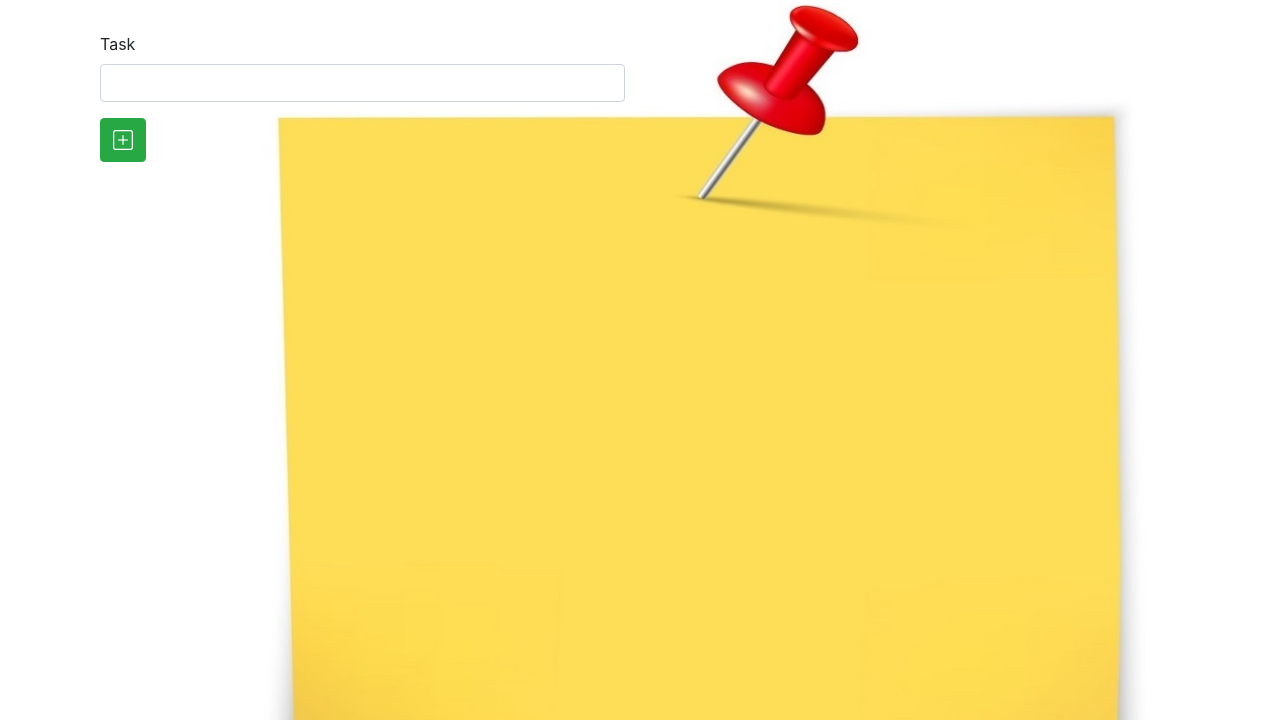
Repository: walaaElbasha/Todo-list-laravel
Page: http://localhost/tasks
These files come from the project's save history. The page is drawn as it stood at one moment and after the next save; the edit follows.
The browser window is 1280 px wide. The pictures show the whole page.
The page is served by the project's Laravel application, run on PHP 8.4 with Laravel 8. Other server files are loaded and not shown. Style sheets and scripts are compiled from the project's sources, by tool versions that may differ from the author's. Queries for data that is not in the repository find no rows.

Above is the page before, as saved 2021-07-01 13:46:46.

### routes/web.php
<?php

use Illuminate\Support\Facades\Route;
use App\Http\Controllers\TaskController;
/*
|--------------------------------------------------------------------------
| Web Routes
|--------------------------------------------------------------------------
|
| Here is where you can register web routes for your application. These
| routes are loaded by the RouteServiceProvider within a group which
| contains the "web" middleware group. Now create something great!
|
*/

Route::get('/', function () {
    return view('welcome');
});

Route::get('/tasks', [TaskController::class, 'index'])->name('tasks.index');
Route::post('/tasks', [TaskController::class, 'store'])->name('tasks.store');
Route::get('/tasks/{task}/edit', [TaskController::class, 'edit'])->name('tasks.edit');
Route::put('/tasks/{task}', [TaskController::class, 'update'])->name('tasks.update');
Route::delete('/tasks/{task}', [TaskController::class, 'destroy'])->name('tasks.destroy');

### app/Http/Controllers/TaskController.php
<?php

namespace App\Http\Controllers;
use Illuminate\Http\Request;
use App\Http\Requests\TaskRequest;
use App\Models\Task;


class TaskController extends Controller

{

    public function index()
    {
        $allTasks = Task::paginate(5);

        return view('tasks.index', [
            'allTasks' => $allTasks
        ]);
    }

    public function edit($taskId)
    {
        $task = Task::find($taskId);
        return view('tasks.edit', [
            'task' => $task,
        ]);
    }
    public function update($taskId, TaskRequest $request)
    {


        // $requestData = $request->all();

        // $task = Task::find($taskId);
        // $task->update($requestData);
        // $task->save();

        $requestData = $request->all();
        $task = Task::find($taskId);
        $task->update($requestData);
        $task->save();
        return redirect()->route('tasks.index')->with('success', "TODO updated successfully!");
    }

    public function destroy($taskId)
    {

        $task = Task::findorfail($taskId);

        $task->delete();
        return redirect()->route('tasks.index');
    }



    public function store(TaskRequest $request)
    {

        // $requestData = $request->all();
        // Task::create($requestData);

        $task = new Task;
        $task->name = $request->name;
        $task->save();
        return redirect()->route('tasks.index');
    }

}

### resources/views/tasks/index.blade.php
@extends('layouts.app')

@section('content')

<!-- Bootstrap Boilerplate... -->
<div>

    <div class="container">
        <!-- Display Validation Errors -->
        <ul>
            @foreach($allTasks as $task)

            <li>
                <div class="row" style="display:flex;">
                    <div class="col-6">
                        {{ $task->name}}



                        <div class="col-6" stye="justify-content:flex-end float:right">

                            <a href="{{ route('tasks.edit',['task' => $task['id']]) }}" class="btn btn-secondary" style="margin-bottom: 20px;"><i class="bi bi-pencil-square"></i>


                            </a>

                            <form style="display:inline" method="POST" action="{{route('tasks.destroy',['task' => $task['id']])}}">
                                @csrf
                                @method('DELETE')
                                <button onclick="return confirm('Are you sure?')" class="btn btn-danger" type="submit" style="margin-bottom: 20px;"><i class="bi bi-trash-fill"></i></button>
                            </form>
                        </div>
                        <br>
            </li>
            @endforeach
        </ul>
        <!-- New Task Form -->
        <form action="{{ route('tasks.store') }}" method="POST" class="form-horizontal">
            @csrf

            <!-- Task Name -->
            <div class="form-group">
                <label for="task" class="col-sm-3 control-label">Task</label>

                @if($errors->any())
                <div class="alert alert-danger">
                    <ul>
                        @foreach ($errors->all() as $error)
                        <li>{{ $error }}</li>
                        @endforeach
                    </ul>
                </div>
                @endif
                <div class="col-sm-6">
                    <input type="text" name="name" id="name" class="form-control">
                </div>
            </div>
<div style="display:flex">

            <div class="form-group">
                <div class="col-sm-offset-3 col-sm-6">
                    <button type="submit" class="btn btn-success" >
                        <span style="font-size:20px"><i class="bi bi-plus-square"></i> </span>
                    </button>
                </div>
            </div>
            </div>
        </form>
    </div>
</div>


<div class="text-center">
    {{$allTasks->links("pagination::bootstrap-4")}}

</div>
<!-- TODO: Current Tasks -->
@endsection

### resources/views/layouts/app.blade.php
<!DOCTYPE html>
<html lang="en">

<head>
    <meta charset="utf-8">
    <meta name="viewport" content="width=device-width, initial-scale=1">

    <!-- CSRF Token -->
    <meta name="csrf-token" content="{{ csrf_token() }}">

    <title>{{ config('app.name', 'All Tasks') }}</title>

    <!-- Scripts -->
    <script src="{{ asset('js/app.js') }}" defer></script>

    <!-- Fonts -->
    <link rel="dns-prefetch" href="//fonts.gstatic.com">
    <link href="https://fonts.googleapis.com/css?family=Nunito" rel="stylesheet">

    <!-- Styles -->
    <link href="{{ asset('css/app.css') }}" rel="stylesheet">
    <link rel="stylesheet" href="https://cdn.jsdelivr.net/npm/bootstrap@4.6.0/dist/css/bootstrap.min.css" integrity="sha384-B0vP5xmATw1+K9KRQjQERJvTumQW0nPEzvF6L/Z6nronJ3oUOFUFpCjEUQouq2+l" crossorigin="anonymous">
    <link rel="stylesheet" href="path/to/font-awesome/css/font-awesome.min.css">
    <link rel="stylesheet" href="https://cdn.jsdelivr.net/npm/bootstrap-icons@1.5.0/font/bootstrap-icons.css">
</head>


<body style="background-image: url('sticky.jpg')  ; background-repeat: no-repeat;
  background-size: 1400px 950px;">
    <div class="container">
        <nav class="navbar navbar-default">
            <!-- Navbar Contents -->
        </nav>
    </div>

    @yield('content')

</body>

</html>

Loaded but not shown: app/Http/Controllers/Controller.php (common file); app/Models/Task.php (common file); resources/sass/app.scss (common file); resources/sass/_variables.scss (common file)

After the next save:
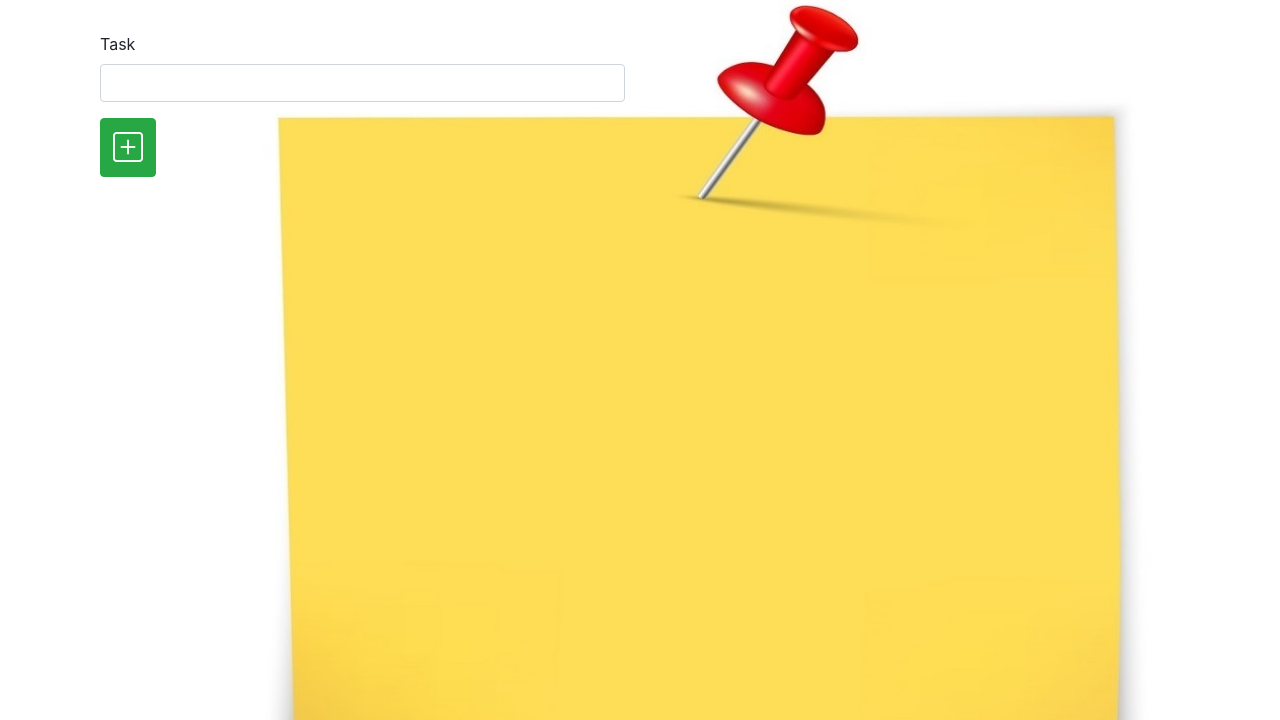
Saved 61 s later.
--- a/resources/views/tasks/index.blade.php
+++ b/resources/views/tasks/index.blade.php
@@ -60,7 +60,7 @@
             <div class="form-group">
                 <div class="col-sm-offset-3 col-sm-6">
                     <button type="submit" class="btn btn-success" >
-                        <span style="font-size:20px"><i class="bi bi-plus-square"></i> </span>
+                        <span style="font-size:30px"><i class="bi bi-plus-square"></i> </span>
                     </button>
                 </div>
             </div>
